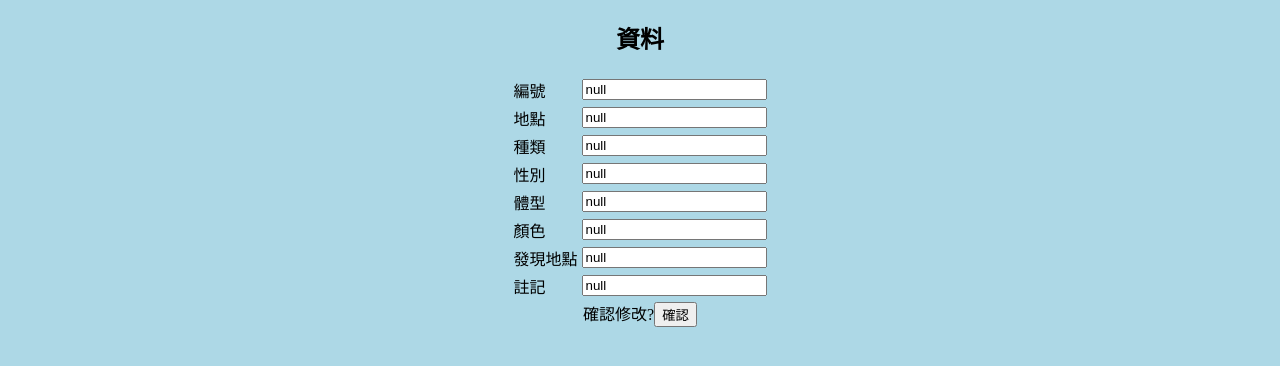
Repository: Ray917x/JaveEEforProject
Page: http://localhost/JSP/project/AnimalUpdate.jsp
An editor plug-in stored every save of this project. The page is shown before and after the next save, followed by the edit.
The browser window is 1280 px wide. The pictures show the whole page.
The page is served by Tomcat 9. Other server files are loaded and not shown.

Above is the page before, as saved 2022-09-13 06:01:14.

### JSP/src/main/webapp/project/AnimalUpdate.jsp
<%@ page language="java" contentType="text/html; charset=UTF-8"
	pageEncoding="UTF-8"%>
<!DOCTYPE html>
<html>
<head>
<meta charset="UTF-8">
<title>資料</title>
</head>
<body style="background-color: lightblue">
	<div align="center">
		<h2>資料</h2>

		<jsp:useBean id="animal" scope="request"
			class="com.lcpan.bean.AnimalBean" />
		<form method="post" action="/JSP/AnimalUpdate">
			<table>
				<tr>
					<td>編號
					<td><input type="text" name="animal_id"
						value="<%= animal.getAnimal_id() %>">
				<tr>
					<td>地點
					<td><input type="text" name="animal_place"
						value="<%= animal.getAnimal_place() %>">
				<tr>
					<td>種類
					<td><input type="text" name="animal_kind"
						value="<%= animal.getAnimal_kind() %>">
				<tr>
					<td>性別
					<td><input type="text" name="animal_sex"
						value="<%= animal.getAnimal_sex() %>">
				<tr>
					<td>體型
					<td><input type="text" name="animal_bodytype"
						value="<%= animal.getAnimal_bodytype() %>">
				<tr>
					<td>顏色
					<td><input type="text" name="animal_colour"
						value="<%= animal.getAnimal_colour() %>">
				<tr>
					<td>發現地點
					<td><input type="text" name="animal_foundplace"
						value="<%= animal.getAnimal_foundplace() %>">
				<tr>
					<td>註記
					<td><input type="text" name="animal_remark"
						value="<%= animal.getAnimal_remark() %>">
			</table>
			確認修改?<input type="submit" value="確認" />
		</form>
	</div>

</body>
</html>

### JSP/src/main/java/com/lcpan/bean/AnimalBean.java
package com.lcpan.bean;

public class AnimalBean implements java.io.Serializable {
	private static final long serialVersionUID = 1L;
	private String animal_id;
	private String animal_place;
	private String animal_kind;
	private String animal_sex;
	private String animal_bodytype;
	private String animal_colour;
	private String animal_foundplace;
	private String animal_remark;
	private String animal_opendate;
	private String animal_closeddate;
	private String animal_update;
	private String animal_createtime;
	private String album_file;
	private String shelter_address;
	private String shelter_tel;

	public String getAnimal_id() {
		return animal_id;
	}

	public void setAnimal_id(String animal_id) {
		this.animal_id = animal_id;
	}

	public String getAnimal_place() {
		return animal_place;
	}

	public void setAnimal_place(String animal_place) {
		this.animal_place = animal_place;
	}

	public String getAnimal_kind() {
		return animal_kind;
	}

	public void setAnimal_kind(String animal_kind) {
		this.animal_kind = animal_kind;
	}

	public String getAnimal_sex() {
		return animal_sex;
	}

	public void setAnimal_sex(String animal_sex) {
		this.animal_sex = animal_sex;
	}

	public String getAnimal_bodytype() {
		return animal_bodytype;
	}

	public void setAnimal_bodytype(String animal_bodytype) {
		this.animal_bodytype = animal_bodytype;
	}

	public String getAnimal_colour() {
		return animal_colour;
	}

	public void setAnimal_colour(String animal_colour) {
		this.animal_colour = animal_colour;
	}

	public String getAnimal_foundplace() {
		return animal_foundplace;
	}

	public void setAnimal_foundplace(String animal_foundplace) {
		this.animal_foundplace = animal_foundplace;
	}

	public String getAnimal_remark() {
		return animal_remark;
	}

	public void setAnimal_remark(String animal_remark) {
		this.animal_remark = animal_remark;
	}

	public String getAnimal_opendate() {
		return animal_opendate;
	}

	public void setAnimal_opendate(String animal_opendate) {
		this.animal_opendate = animal_opendate;
	}

	public String getAnimal_closeddate() {
		return animal_closeddate;
	}

	public void setAnimal_closeddate(String animal_closeddate) {
		this.animal_closeddate = animal_closeddate;
	}

	public String getAnimal_update() {
		return animal_update;
	}

	public void setAnimal_update(String animal_update) {
		this.animal_update = animal_update;
	}

	public String getAnimal_createtime() {
		return animal_createtime;
	}

	public void setAnimal_createtime(String animal_createtime) {
		this.animal_createtime = animal_createtime;
	}


	public String getAlbum_file() {
		return album_file;
	}

	public void setAlbum_file(String album_file) {
		this.album_file = album_file;
	}

	public String getShelter_address() {
		return shelter_address;
	}

	public void setShelter_address(String shelter_address) {
		this.shelter_address = shelter_address;
	}

	public String getShelter_tel() {
		return shelter_tel;
	}

	public void setShelter_tel(String shelter_tel) {
		this.shelter_tel = shelter_tel;
	}

	public static long getSerialversionuid() {
		return serialVersionUID;
	}





}

After the next save:
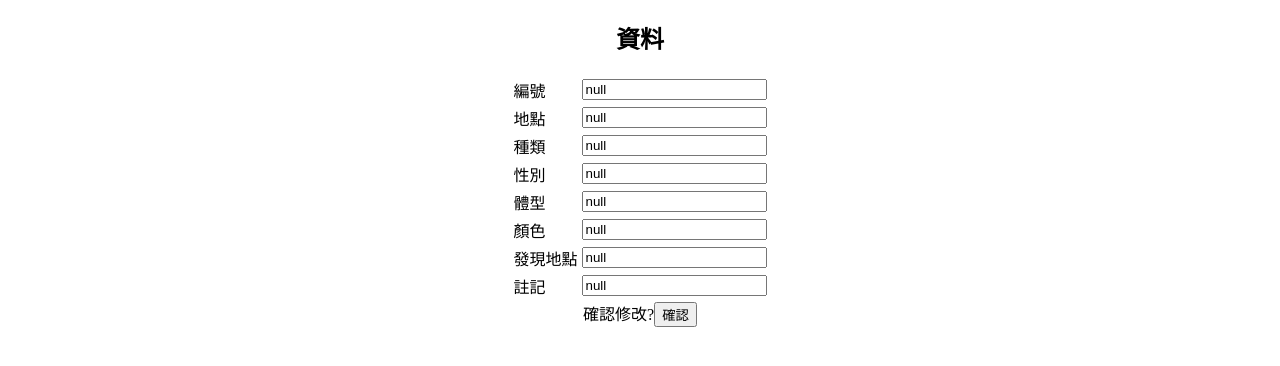
Saved 63 min 40 s later.
--- a/JSP/src/main/webapp/project/AnimalUpdate.jsp
+++ b/JSP/src/main/webapp/project/AnimalUpdate.jsp
@@ -6,7 +6,7 @@
 <meta charset="UTF-8">
 <title>資料</title>
 </head>
-<body style="background-color: lightblue">
+<body>
 	<div align="center">
 		<h2>資料</h2>
 
